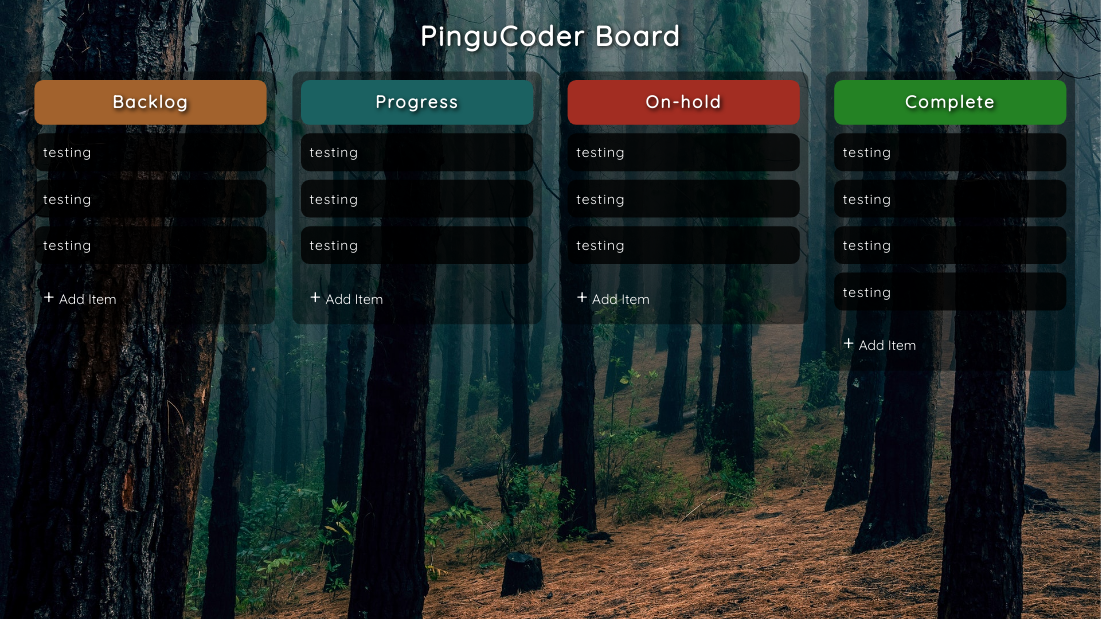
Repository: chanwarichawki/6Drag-And-Drop
Page: index.html
These files come from the project's save history. The page is drawn as it stood at one moment and after a run of saves; the edit follows.
The browser window is 1280 px wide. The pictures show the whole page, at 86% of full size.
Backgrounds fixed to the window are drawn as part of the page.

Above is the page before, as saved 2023-12-25 19:23:30.

### index.html
<!DOCTYPE html>
<html lang="en">
<head>
    <meta charset="UTF-8">
    <meta name="viewport" content="width=device-width, initial-scale=1.0">
    <title>Drag and Drop</title>
    <link rel="icon" type="image/png" href="favicon.png">
    <link rel="stylesheet" href="style.css">
</head>
<body>
    <h1 class="main-title">PinguCoder Board</h1>
    <div class="drag-container">
      <ul class="drag-list">
        <!-- backLog column -->
        <li class="drag-column backlog-column">
        <span class="header">
          <h1>Backlog</h1>
        </span>
        <!-- backLog content -->
        <div class="backlog-content">
          <ul class="drag-item-list" id="backlog-list">
            <li class="drag-item">testing</li>
            <li class="drag-item">testing</li>
            <li class="drag-item">testing</li>
          </ul>
        </div>
        <!-- add button group -->
        <div class="add-btn-group">
          <div class="add-btn">
            <span class="plus-sign">+</span>
            <span>Add Item</span>
          </div>
          <div class="add-btn solid">
            <span>Sve Item</span>
          </div>
          <div class="add-container">
            <div class="add-item"></div>
          </div>
        </div>
      </li>


        <!-- progress column -->
        <li class="drag-column progress-column">
        <span class="header">
          <h1>Progress</h1>
        </span>
        <!-- progress content -->
        <div class="progress-content">
          <ul class="drag-item-list" id="progress-list">
            <li class="drag-item">testing</li>
            <li class="drag-item">testing</li>
            <li class="drag-item">testing</li>
          </ul>
        </div>
        <!-- add button group -->
        <div class="add-btn-group">
          <div class="add-btn">
            <span class="plus-sign">+</span>
            <span>Add Item</span>
          </div>
          <div class="add-btn solid">
            <span>Sve Item</span>
          </div>
          <div class="add-container">
            <div class="add-item"></div>
          </div>
        </div>
      </li>


        <!-- on-hold column -->
        <li class="drag-column on-hold-column">
        <span class="header">
          <h1>On-hold</h1>
        </span>
        <!-- on-hold content -->
        <div class="on-hold-content">
          <ul class="drag-item-list" id="on-hold-list">
            <li class="drag-item">testing</li>
            <li class="drag-item">testing</li>
            <li class="drag-item">testing</li>
          </ul>
        </div>
        <!-- add button group -->
        <div class="add-btn-group">
          <div class="add-btn">
            <span class="plus-sign">+</span>
            <span>Add Item</span>
          </div>
          <div class="add-btn solid">
            <span>Sve Item</span>
          </div>
          <div class="add-container">
            <div class="add-item"></div>
          </div>
        </div>
      </li>


        <!-- complete column -->
        <li class="drag-column complete-column">
        <span class="header">
          <h1>Complete</h1>
        </span>
        <!-- complete content -->
        <div class="complete-content">
          <ul class="drag-item-list" id="complete-list">
            <li class="drag-item">testing</li>
            <li class="drag-item">testing</li>
            <li class="drag-item">testing</li>
            <li class="drag-item">testing</li>
          </ul>
        </div>
        <!-- add button group -->
        <div class="add-btn-group">
          <div class="add-btn">
            <span class="plus-sign">+</span>
            <span>Add Item</span>
          </div>
          <div class="add-btn solid">
            <span>Sve Item</span>
          </div>
          <div class="add-container">
            <div class="add-item"></div>
          </div>
        </div>
      </li>


      </ul>
    </div>
    <!-- Script -->
    <script src="script.js"></script>
</body>
</html>

### style.css
/* Trees Image - Pexels: https://www.pexels.com/photo/photo-of-trees-in-forest-3801030/ */
@import url("https://fonts.googleapis.com/css?family=Quicksand&display=swap");

html {
  box-sizing: border-box;
}

:root {
  --column-1: #a2622d;
  --column-2: #1b6161;
  --column-3: #248224;
  --column-4: #a22d22;
}

body {
  margin: 0;
  background: url("./trees.jpg");
  background-size: cover;
  background-position: 50% 60%;
  background-attachment: fixed;
  color: white;
  font-family: Quicksand, sans-serif;
  overflow-y: hidden;
}

h1 {
  letter-spacing: 2px;
  text-shadow: 2px 2px 5px black;
}

.main-title {
  text-align: center;
  font-size: 3rem;
}

ul {
  list-style-type: none;
  margin: 0;
  padding: 0;
}

.drag-container {
  margin: 20px;
}

.drag-list {
  display: flex;
  align-items: flex-start;
}

/* Columns */
.drag-column {
  flex: 1;
  margin: 0 10px;
  position: relative;
  background-color: rgba(0, 0, 0, 0.4);
  border-radius: 10px;
  overflow-x: hidden;
}

.backlog-column .header,
.backlog-column .solid,
.backlog-column .solid:hover,
.backlog-column .over {
  background-color: var(--column-1);
}

.progress-column .header,
.progress-column .solid,
.progress-column .solid:hover,
.progress-column .over {
  background-color: var(--column-2);
}

.complete-column .header,
.complete-column .solid,
.complete-column .solid:hover,
.complete-column .over {
  background-color: var(--column-3);
}

.on-hold-column .header,
.on-hold-column .solid,
.on-hold-column .solid:hover,
.on-hold-column .over {
  background-color: var(--column-4);
}

/* Custom Scrollbar */
.custom-scroll {
  overflow-y: auto;
  max-height: 75vh;
}

.custom-scroll::-webkit-scrollbar-track {
  box-shadow: inset 0 0 6px rgba(0, 0, 0, 0.4);
  border-radius: 10px;
  background-color: rgba(255, 255, 255, 0.3);
  margin-right: 5px;
}

.custom-scroll::-webkit-scrollbar {
  width: 10px;
}

.custom-scroll::-webkit-scrollbar-thumb {
  border-radius: 10px;
  box-shadow: inset 0 0 6px rgba(0, 0, 0, 0.3);
  background-color: rgba(0, 0, 0, 0.8);
}

.header {
  display: flex;
  justify-content: center;
  border-radius: 10px;
  margin: 10px;
}

.header h1 {
  font-size: 1.25rem;
}

/* Drag and Drop */
.over {
  padding: 50px 10px;
}

.drag-item-list {
  min-height: 50px;
}

.drag-item {
  margin: 10px;
  padding: 10px;
  height: fit-content;
  background-color: rgba(0, 0, 0, 0.8);
  border-radius: 10px;
  line-height: 1.5rem;
  letter-spacing: 1px;
  cursor: pointer;
}

.drag-item:focus {
  outline: none;
  background-color: white;
  color: black;
}

/* Add Button Group */
.add-btn-group {
  display: flex;
  justify-content: space-between;
}

.add-btn {
  margin: 10px;
  padding: 5px 10px;
  display: flex;
  align-items: center;
  cursor: pointer;
  width: fit-content;
  border-radius: 5px;
  transition: all 0.3s ease-in;
  user-select: none;
}

.add-btn:hover {
  background-color: rgba(255, 255, 255, 0.9);
  color: black;
}

.add-btn:active {
  transform: scale(0.97);
}

.solid {
  display: none;
}

.solid:hover {
  transition: unset;
  filter: brightness(95%);
  color: white;
}

.plus-sign {
  font-size: 1.5rem;
  margin-right: 5px;
  position: relative;
  top: -3px;
}

.add-container {
  margin: 10px;
  padding: 5px 10px;
  border-radius: 10px;
  background-color: rgba(255, 255, 255, 0.9);
  min-height: 100px;
  display: none;
}

.add-item {
  width: 100%;
  min-height: 100px;
  height: auto;
  background-color: white;
  border-radius: 10px;
  margin: 5px auto;
  resize: none;
  color: black;
  padding: 10px;
}

.add-item:focus {
  outline: none;
}

/* Media Query: Laptop */
@media screen and (max-width: 1800px) {
  .main-title {
    font-size: 2rem;
  }
}

/* Media Query: Large Smartphone (Vertical) */
@media screen and (max-width: 600px) {
  body {
    overflow-y: auto;
  }

  .drag-container {
    margin: 0;
  }

  .drag-list {
    display: block;
  }

  .drag-column {
    margin: 10px;
  }
}

### script.js
const addBtns = document.querySelectorAll('.add-btn:not(.solid)');
const saveItemBtns = document.querySelectorAll('.solid');
const addItemContainers = document.querySelectorAll('.add-container');
const addItems = document.querySelectorAll('.add-item');
// Item Lists
const itemLists = document.querySelectorAll('.drag-item-list');
const backlogList = document.getElementById('backlog-list');
const progressList = document.getElementById('progress-list');
const completeList = document.getElementById('complete-list');
const onHoldList = document.getElementById('on-hold-list');

// Items


// Initialize Arrays
let backlogListArray = [];
let progressListArray = [];
let completeListArray = [];
let onHoldListArray = [];

// Drag Functionality


// Get Arrays from localStorage if available, set default values if not
function getSavedColumns() {
  if (localStorage.getItem('backlogItems')) {
    backlogListArray = JSON.parse(localStorage.backlogItems);
    progressListArray = JSON.parse(localStorage.progressItems);
    completeListArray = JSON.parse(localStorage.completeItems);
    onHoldListArray = JSON.parse(localStorage.onHoldItems);
  } else {
    backlogListArray = ['Release the course', 'Sit back and relax'];
    progressListArray = ['Work on projects', 'Listen to music'];
    completeListArray = ['Being cool', 'Getting stuff done'];
    onHoldListArray = ['Being uncool'];
  }
}

// Set localStorage Arrays
function updateSavedColumns() {
  localStorage.setItem('backlogItems', JSON.stringify(backlogListArray));
  localStorage.setItem('progressItems', JSON.stringify(progressListArray));
  localStorage.setItem('completeItems', JSON.stringify(completeListArray));
  localStorage.setItem('onHoldItems', JSON.stringify(onHoldListArray));
}

// Create DOM Elements for each list item
function createItemEl(columnEl, column, item, index) {
  console.log('columnEl:', columnEl);
  console.log('column:', column);
  console.log('item:', item);
  console.log('index:', index);
  // List Item
  const listEl = document.createElement('li');
  listEl.classList.add('drag-item');

}

// Update Columns in DOM - Reset HTML, Filter Array, Update localStorage
function updateDOM() {
  // Check localStorage once

  // Backlog Column

  // Progress Column

  // Complete Column

  // On Hold Column

  // Run getSavedColumns only once, Update Local Storage


}

After the next 3 saves:
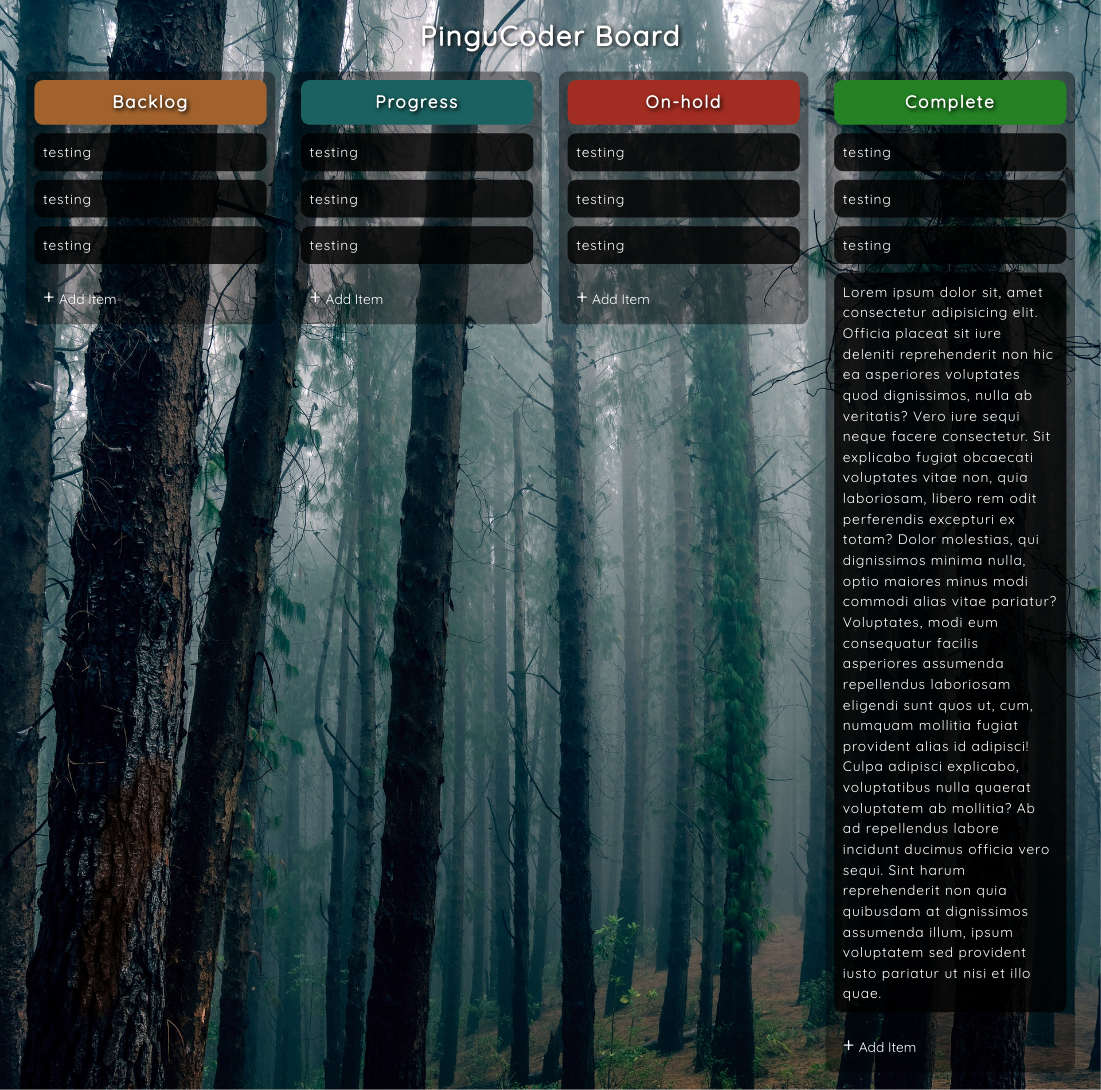
The 3 saves are shown as one change because they came seconds apart.
The last was saved 11 s later.
--- a/index.html
+++ b/index.html
@@ -109,7 +109,10 @@
             <li class="drag-item">testing</li>
             <li class="drag-item">testing</li>
             <li class="drag-item">testing</li>
-            <li class="drag-item">testing</li>
+            <li class="drag-item">Lorem ipsum dolor sit, amet consectetur adipisicing elit. Officia placeat sit iure deleniti reprehenderit non hic ea asperiores voluptates quod dignissimos, nulla ab veritatis? Vero iure sequi neque facere consectetur.
+            Sit explicabo fugiat obcaecati voluptates vitae non, quia laboriosam, libero rem odit perferendis excepturi ex totam? Dolor molestias, qui dignissimos minima nulla, optio maiores minus modi commodi alias vitae pariatur?
+            Voluptates, modi eum consequatur facilis asperiores assumenda repellendus laboriosam eligendi sunt quos ut, cum, numquam mollitia fugiat provident alias id adipisci! Culpa adipisci explicabo, voluptatibus nulla quaerat voluptatem ab mollitia?
+            Ab ad repellendus labore incidunt ducimus officia vero sequi. Sint harum reprehenderit non quia quibusdam at dignissimos assumenda illum, ipsum voluptatem sed provident iusto pariatur ut nisi et illo quae.</li>
           </ul>
         </div>
         <!-- add button group -->
